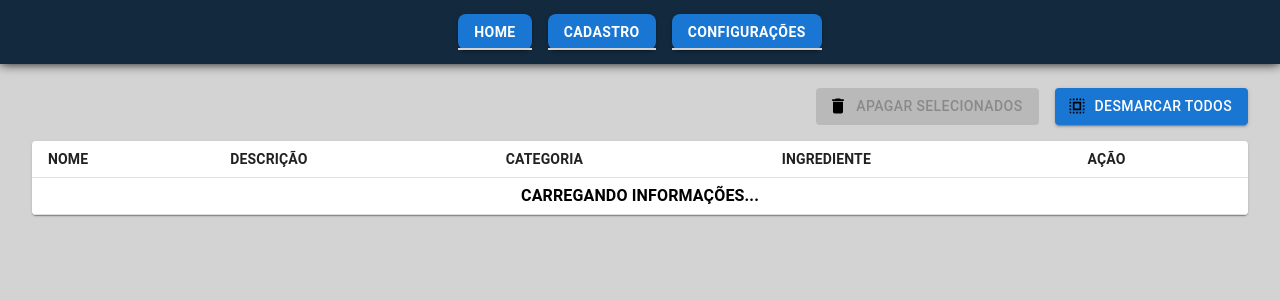
Repository: oZanella/projeto_windel_web_CRM
Page: /
These files come from the project's save history. The page is drawn as it stood at one moment and after the next save; the edit follows.
The browser window is 1280 px wide. The pictures show the whole page.
The page's requests for data from a server got no answer. The project was rebuilt for these pictures with package versions that can differ from the ones it lists, and the page was loaded fresh each time. No one was signed in, and anything a server would have sent is missing. Also part of the build but not shown: vite.config.js, src/routes/Configuracoes.jsx. Imported but missing from the stored project, and not drawn on this page: src/routes/Cadastro.jsx.

Above is the page before, as saved 2024-08-19 10:28:17.

### index.html
<!doctype html>
<html lang="en">

<head>
  <meta charset="UTF-8" />
  <link rel="icon" type="image/svg+xml" href="./src/image/LogoWindel.svg" />
  <link rel="stylesheet" href="src/style/GlobalStyles.css" />
  <link href="https://fonts.googleapis.com/css2?family=Playfair+Display&display=swap" rel="stylesheet">

  <meta name="viewport" content="width=device-width, initial-scale=1.0" />
  <title>Projeto Teste - CRM </title>
</head>

<body>
  <div id="root"></div>
  <script type="module" src="/src/main.jsx"></script>
</body>

</html>

### src/style/GlobalStyles.css
:root {
  --click: #7fa8c4;
  --primary: #E8F1F2;
  --darkblue: #13293D;
  --secondary: #000000;
  --ligthblue: #1b98e0;
  --animation: #006494;
  --ligthkgrey: #D3D3D3;
  --blueceledron: #247ba0;
  --delete: #FF0000;
}

* {
    color: var(--secondary);
}

body {
  background-color: var(--ligthkgrey);
}

### src/main.jsx
import { createBrowserRouter, RouterProvider, Navigate } from "react-router-dom"
import { createRoot } from 'react-dom/client'
import { StrictMode } from 'react'
import { App } from './App.jsx'

import './style/GlobalStyles.css'

//páginas do projeto
import { Cadastro } from './routes/Cadastro.jsx'
import { Home } from './routes/Home.jsx'
import { Configuracoes } from './routes/configuracoes.jsx'

const router = createBrowserRouter([
  {
    element: <App />,
    children: [
      {
        path: '/',
        element: <Navigate to="/home" replace />,
      },
      {
        path: '/home',
        element: <Home />,
      },
      {
        path: '/cadastro',
        element: <Cadastro />,
      },
      {
        path: '/configuracoes',
        element: <Configuracoes />,
      },
    ],
  },
])

createRoot(document.getElementById('root')).render(
  <StrictMode>
    <RouterProvider router={router} />
  </StrictMode>,
)

### src/App.jsx
import { Header } from './components/Header'
import { Outlet } from 'react-router-dom'
import { Box } from '@mui/material'
import './style/GlobalStyles.css'

export function App() {
  return (
    <Box sx={{ p: { xs: 2, sm: 3 }, marginTop: { xs: 8, sm: 8 } }}>
      <Header />
      <Box>
        <Outlet />
      </Box>
    </Box>
  );
}

### src/routes/Home.jsx
import React, { useEffect, useState } from 'react';
import { Box, TextField, Button, Dialog, DialogActions, DialogContent, DialogTitle, Select, MenuItem, FormControl, InputLabel } from '@mui/material';

import { handleShowDetails, handleEdit, handleSave, handleInputChange } from '../components/Handle';
import { CardDados } from '../components/TableHome';

import { blogFetch } from '../axios/config';


export const Home = () => {
  const [posts, setPosts] = useState([]);
  const [selectInfo, setSelectInfo] = useState(null);
  const [modeEdit, setModeEdit] = useState(null);
  const [dataEdit, setDataEdit] = useState({});
  const [openAddDialog, setOpenAddDialog] = useState(false);
  const [newPost, setNewPost] = useState({ name: '', description: '', category: '' });

  const getPosts = async () => {
    try {
      const response = await blogFetch.get("/recipe");
      const uniqueData = response.data.filter((value, index, self) =>
        index === self.findIndex((t) => t.id === value.id)
      );
      setPosts(uniqueData); // Garante que não tenha dados duplicados
    } catch (error) {
      console.log(error);
    }
  };

  useEffect(() => {
    getPosts();
  }, []);

  const handleDelete = async (postId) => {
    try {
      await blogFetch.delete(`/recipe/${postId}`);
      setPosts(posts.filter(post => post.id !== postId));
      console.log('Post deletado com sucesso');
    } catch (error) {
      console.error('Erro ao deletar o post', error);
    }
  };

  const handleAddOpen = () => setOpenAddDialog(true);
  const handleAddClose = () => setOpenAddDialog(false);

  {/* API para envio do novo registro*/ }
  const handleAdd = async () => {
    try {
      const newPostFormatted = {
        name: newPost.name,
        description: newPost.description,
        ingredients: [],
        category: newPost.category,
        isFavorite: newPost.isFavorite
      };

      const response = await blogFetch.post("/recipe", newPostFormatted);
      setPosts([...posts, response.data]);
      setNewPost({ name: '', description: '', category: '', isFavorite: false });
      handleAddClose();
      console.log('Post adicionado com sucesso');
    } catch (error) {
      console.error('Erro ao adicionar o post', error);
    }
  };

  return (
    <Box>
      {/* Dados para Adicionar Novo Registro */}
      <Dialog open={openAddDialog} onClose={handleAddClose}>
        <DialogTitle>Adicionar Novo Registro</DialogTitle>
        <DialogContent>
          <TextField
            name="name"
            label="Nome"
            value={newPost.name}
            onChange={(e) => setNewPost({ ...newPost, name: e.target.value })}
            fullWidth
            sx={{ marginBottom: 2 }}
          />
          <TextField
            name="description"
            label="Descrição"
            value={newPost.description}
            onChange={(e) => setNewPost({ ...newPost, description: e.target.value })}
            fullWidth
            sx={{ marginBottom: 2 }}
          />
          <TextField
            name="category"
            label="Categoria"
            value={newPost.category}
            onChange={(e) => setNewPost({ ...newPost, category: e.target.value })}
            fullWidth
            sx={{ marginBottom: 2 }}
          />
          <FormControl fullWidth sx={{ marginBottom: 2 }}>
            <InputLabel>Favorito</InputLabel>
            <Select
              name="isFavorite"
              value={newPost.isFavorite}
              onChange={(e) => setNewPost({ ...newPost, isFavorite: e.target.value })}
              label="Favorito"
            >
              <MenuItem value={true}>Sim</MenuItem>
              <MenuItem value={false}>Não</MenuItem>

            </Select>
          </FormControl>
        </DialogContent>
        <DialogActions>
          <Button onClick={handleAddClose}>Cancelar</Button>
          <Button onClick={handleAdd}>Adicionar</Button>
        </DialogActions>
      </Dialog>

      <CardDados
        posts={posts}
        handleDelete={handleDelete}
        handleEdit={handleEdit}
        handleSave={handleSave}
        modeEdit={modeEdit}
        setModeEdit={setModeEdit}
        dataEdit={dataEdit}
        setDataEdit={setDataEdit}
        handleInputChange={handleInputChange}
        selectInfo={selectInfo}
        setSelectInfo={setSelectInfo}
        handleShowDetails={handleShowDetails}
      />
    </Box>
  );
};

### src/components/Header.jsx
import { AppBar, Toolbar, Typography, Box, Button, IconButton } from '@mui/material';
import Logo from '../image/LogoWindel.svg';
import { Link } from 'react-router-dom';
import React from 'react';

export const Header = () => {
  return (

    // Header fundo 1 //
    <AppBar
      position="fixed"
      sx={{
        width: '100%',
        boxShadow: '0px 0.01px 11px var(--secondary)',
        top: 0,
        left: 0,
      }}
    >

      {/* Header fundo 2 */}
      <Toolbar
        sx={{
          display: 'flex',
          alignItems: 'center',
          padding: { xs: '0px', sm: '0px' },
          justifyContent: 'space-between',
          height: '64px',
          minHeight: '64px',
          backgroundColor: 'var(--darkblue)',
          boxSizing: 'border-box',
        }}
      >

        {/* Botões */}
        <Box
          sx={{
            gap: 2,
            display: 'flex',
            alignItems: 'center',
            flexGrow: { xs: 1, sm: 1 },
            justifyContent: { xs: 'center', sm: 'center' },
            '& .MuiButton-root': {
              backgroundColor: 'ligthkgrey',
              borderRadius: '8px',
              fontWeight: 'bold',
              textTransform: 'uppercase',
              transition: 'background-color 0.4s, transform 0.4s',
              border: 'none',

              // Animação
              '&:hover': {
                transform: 'scale(1.06)',
                border: '1px',
              },
              '&::after': {
                content: '""',
                position: 'absolute',
                left: 0,
                bottom: 0,
                width: '100%',
                height: '2px',
                backgroundColor: 'var(--ligthkgrey)',
                transition: 'width 0.4s',
              },
            },
          }}
        >
          <Button variant="contained" component={Link} to={`/home`}>Home</Button>
          <Button variant="contained" component={Link} to={`/cadastro`}>Cadastro</Button>
          <Button variant="contained" component={Link} to={`/configuracoes`}>Configurações</Button>
        </Box>
      </Toolbar>
    </AppBar>
  );
};

### src/components/Handle.jsx

import { blogFetch } from '../axios/config';


export const handleShowDetails = (post, setSelectInfo, selectInfo) => {
  if (selectInfo?.id === post.id) {
    setSelectInfo(null); // Fecha se já estiver aberto
  } else {
    setSelectInfo(post); // Abre o post atual
  }
};

export const handleEdit = (post, setModeEdit, setDataEdit) => {
  setModeEdit(post.id);
  setDataEdit(post);
};

//continua com erro, verificar!!
export const handleSave = async (postId, updateData) => {
  try {
    // Envie uma requisição PUT ou POST para salvar os dados atualizados
    const response = await blogFetch.put(`/blogFetch/posts/${postId}`, updateData);
    console.log('Dados salvos com sucesso', response.data);

  } catch (error) {
    console.error('Erro de API', error);
  }
};

export const handleInputChange = (e, setDataEdit) => {
  setDataEdit(prevDataEdit => ({ ...prevDataEdit, [e.target.name]: e.target.value }));
};

### src/components/TableHome.jsx
import React, { useState, useEffect } from 'react';
import {
  Table, TableBody, TableCell, TableContainer, TableHead, TableRow, Typography, Box, Button, IconButton, TextField, Dialog, DialogContent, DialogActions, FormControlLabel, Switch, Chip, Paper, Checkbox
} from '@mui/material';
import EditIcon from '@mui/icons-material/Edit';
import SaveIcon from '@mui/icons-material/Save';
import AddIcon from '@mui/icons-material/Add';
import CloseIcon from '@mui/icons-material/Close';
import DeleteIcon from '@mui/icons-material/Delete';
import SelectAllIcon from '@mui/icons-material/SelectAll';
import axios from 'axios';

const API_BASE_URL = 'https://teste-tecnico-front-api.up.railway.app';

export const CardDados = ({
  posts, setPosts, handleDelete
}) => {
  const [openModal, setOpenModal] = useState(false);
  const [currentPost, setCurrentPost] = useState(null);
  const [dataEdit, setDataEdit] = useState({});
  const [newIngredient, setNewIngredient] = useState('');
  const [selectedPosts, setSelectedPosts] = useState([]);

  useEffect(() => {
    if (currentPost) {
      setDataEdit({ ...currentPost });
    }
  }, [currentPost]);

  const handleEditOpen = (post) => {
    setCurrentPost(post);
    setOpenModal(true);
  };

  const handleEditClose = () => {
    setOpenModal(false);
    setCurrentPost(null);
    setNewIngredient('');
  };

  const handleSaveModal = async () => {
    if (currentPost) {
      try {
        await axios.put(`${API_BASE_URL}/posts/${currentPost.id}`, dataEdit);
        const response = await axios.get(`${API_BASE_URL}/posts`);
        setPosts(response.data);
        handleEditClose();
      } catch (error) {
        console.error('Error ao salvar:', error);
      }
    }
  };

  const handleAddIngredient = () => {
    if (newIngredient.trim() !== '') {
      setDataEdit((prevData) => ({
        ...prevData,
        ingredients: [...(prevData.ingredients || []), newIngredient.trim()],
      }));
      setNewIngredient('');
    }
  };

  const handleRemoveIngredient = (ingredientToRemove) => {
    setDataEdit((prevData) => ({
      ...prevData,
      ingredients: (prevData.ingredients || []).filter((ingredient) => ingredient !== ingredientToRemove),
    }));
  };

  const handleSelectAll = () => {
    if (selectedPosts.length === posts.length) {
      setSelectedPosts([]); // Deselect all
    } else {
      setSelectedPosts(posts.map(post => post.id)); // Select all
    }
  };

  const handleDeleteSelected = async () => {
    try {
      await Promise.all(selectedPosts.map(id => axios.delete(`${API_BASE_URL}/posts/${id}`)));
      const response = await axios.get(`${API_BASE_URL}/posts`);
      setPosts(response.data);
      setSelectedPosts([]);
    } catch (error) {
      console.error('Error ao apagar os registros:', error);
    }
  };

  const handleSelectPost = (id) => {
    setSelectedPosts(prevSelected =>
      prevSelected.includes(id)
        ? prevSelected.filter(postId => postId !== id)
        : [...prevSelected, id]
    );
  };

  return (
    <>
      <Box sx={{ display: 'flex', justifyContent: 'flex-end', mb: 2 }}>
        <Button
          variant="contained"
          color="error"
          startIcon={<DeleteIcon />}
          onClick={handleDeleteSelected}
          disabled={selectedPosts.length === 0}
          sx={{ marginRight: 2 }}
        >
          Apagar Selecionados
        </Button>
        <Button
          variant="contained"
          color="primary"
          startIcon={<SelectAllIcon />}
          onClick={handleSelectAll}
        >
          {selectedPosts.length === posts.length ? 'Desmarcar Todos' : 'Selecionar Todos'}
        </Button>
      </Box>

      {/* Tabela aonde aparece os dados */}
      <TableContainer component={Paper} sx={{ overflowX: 'auto' }}>
        <Table size='small'>
          <TableHead>
            <TableRow>
              <TableCell sx={{ fontWeight: 'bold', textTransform: 'uppercase' }}>Nome</TableCell>
              <TableCell sx={{ fontWeight: 'bold', textTransform: 'uppercase' }}>Descrição</TableCell>
              <TableCell sx={{ fontWeight: 'bold', textTransform: 'uppercase' }}>Categoria</TableCell>
              <TableCell sx={{ fontWeight: 'bold', textTransform: 'uppercase' }}>Ingrediente</TableCell>
              <TableCell sx={{ fontWeight: 'bold', textTransform: 'uppercase' }}>Ação</TableCell>
            </TableRow>
          </TableHead>
          <TableBody>
            {posts.length === 0 ? (
              <TableRow>
                <TableCell colSpan={5} align="center">
                  <Typography variant="body1" sx={{ fontWeight: 'bold', textTransform: 'uppercase' }}>Carregando informações...</Typography>
                </TableCell>
              </TableRow>
            ) : (
              posts.map((post) => (
                <TableRow sx={{ height: 'auto' }} key={post.id}>
                  <TableCell sx={{ padding: '8px' }}>
                    {post.name}
                  </TableCell>
                  <TableCell sx={{ padding: '8px' }}>{post.description}</TableCell>
                  <TableCell sx={{ padding: '8px' }}>{post.category}</TableCell>

                  <TableCell sx={{ padding: '8px' }}>
                    <Box sx={{
                      display: 'flex',
                      flexWrap: 'wrap',
                      overflowX: 'auto',
                      gap: 1,
                      width: '100%',
                    }}>
                      {post.ingredients && post.ingredients.length > 0 ? (
                        post.ingredients.map((ingredient) => (
                          <Box
                            key={ingredient.id}
                            sx={{
                              display: 'flex',
                              flexDirection: 'column',
                              alignItems: 'flex-start',
                              marginRight: 1,
                              marginBottom: 1,
                            }}
                          >
                            <Typography variant="body1">{ingredient.name}</Typography>
                            <Typography variant="body2" color="textSecondary">
                              Quantidade: {ingredient.quantity}
                            </Typography>
                          </Box>
                        ))
                      ) : (
                        <Typography variant="body2">Nenhum ingrediente disponível</Typography>
                      )}
                    </Box>
                  </TableCell>

                  <TableCell>
                    <Box sx={{ display: 'flex', alignItems: 'center' }}>
                      <Checkbox
                        checked={selectedPosts.includes(post.id)}
                        onChange={() => handleSelectPost(post.id)}
                        color="primary"
                      />
                      <IconButton
                        color="primary"
                        onClick={() => handleEditOpen(post)}
                        sx={{ mr: 1 }}
                      >
                        <EditIcon />
                      </IconButton>
                      <IconButton
                        color="error"
                        onClick={() => handleDelete(post.id)}
                      >
                        <DeleteIcon />
                      </IconButton>
                    </Box>
                  </TableCell>
                </TableRow>
              ))
            )}
          </TableBody>
        </Table>
      </TableContainer>

      {/* Modal de edição */}
      <Dialog open={openModal} onClose={handleEditClose} fullWidth maxWidth="sm">
        <DialogContent>
          {currentPost && (
            <Box component="form" sx={{ display: 'flex', flexDirection: 'column', gap: 2 }}>
              <TextField
                name="name"
                label="Nome"
                value={dataEdit.name || ''}
                onChange={(e) => setDataEdit({ ...dataEdit, name: e.target.value })}
                fullWidth
                sx={{ marginBottom: 2 }}
              />
              <TextField
                name="description"
                label="Descrição"
                value={dataEdit.description || ''}
                onChange={(e) => setDataEdit({ ...dataEdit, description: e.target.value })}
                fullWidth
                sx={{ marginBottom: 2 }}
              />
              <TextField
                name="category"
                label="Categoria"
                value={dataEdit.category || ''}
                onChange={(e) => setDataEdit({ ...dataEdit, category: e.target.value })}
                fullWidth
                sx={{ marginBottom: 2 }}
              />
              <FormControlLabel
                control={
                  <Switch
                    checked={dataEdit.isFavorite || false}
                    onChange={(e) => setDataEdit({ ...dataEdit, isFavorite: e.target.checked })}
                    name="isFavorite"
                    color="primary"
                  />
                }
                label="Favorito"
                sx={{ marginTop: 1 }}
              />
              <Box sx={{ marginTop: 2 }}>
                <Typography variant="h6" sx={{ mb: 1 }}>Ingredientes</Typography>
                {dataEdit.ingredients && dataEdit.ingredients.map((ingredient, index) => (
                  <Chip
                    key={index}
                    label={`${ingredient.name} (${ingredient.quantity})`}
                    onDelete={() => handleRemoveIngredient(ingredient)}
                    sx={{ marginRight: 1, marginBottom: 1 }}
                    deleteIcon={<CloseIcon />}
                  />
                ))}
                <Box sx={{ display: 'flex', alignItems: 'center', mt: 2 }}>
                  <TextField
                    value={newIngredient}
                    onChange={(e) => setNewIngredient(e.target.value)}
                    label="Novo ingrediente"
                    variant="outlined"
                    size="small"
                    sx={{ marginRight: 1 }}
                  />
                  <Button
                    variant="contained"
                    color="primary"
                    onClick={handleAddIngredient}
                    startIcon={<AddIcon />}
                  >
                    Adicionar
                  </Button>
                </Box>
              </Box>
            </Box>
          )}
        </DialogContent>
        <DialogActions>
          <Button onClick={handleEditClose} color="inherit">
            Cancelar
          </Button>
          <Button
            onClick={handleSaveModal}
            color="primary"
            variant="contained"
            startIcon={<SaveIcon />}
          >
            Salvar
          </Button>
        </DialogActions>
      </Dialog>
    </>
  );
};

### src/axios/config.jsx
// src/axios/config.js
import axios from 'axios';

export const blogFetch = axios.create({
  baseURL: 'https://teste-tecnico-front-api.up.railway.app',
  headers: {
    'Content-Type': 'application/json',
  },
});

After the next save:
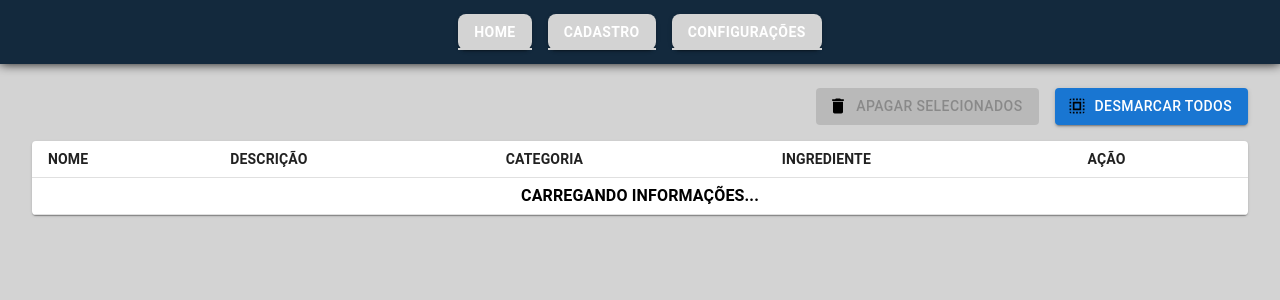
Saved 8 s later.
--- a/src/components/Header.jsx
+++ b/src/components/Header.jsx
@@ -40,7 +40,7 @@
             flexGrow: { xs: 1, sm: 1 },
             justifyContent: { xs: 'center', sm: 'center' },
             '& .MuiButton-root': {
-              backgroundColor: 'ligthkgrey',
+              backgroundColor: 'var(--ligthkgrey)',
               borderRadius: '8px',
               fontWeight: 'bold',
               textTransform: 'uppercase',

After the 2 saves that followed:
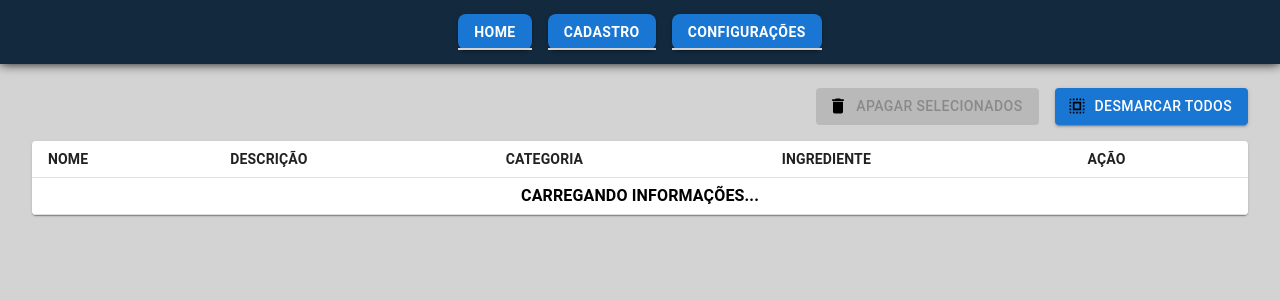
The 2 saves are shown as one change because they came seconds apart.
The last was saved 7 s later.
--- a/src/components/Header.jsx
+++ b/src/components/Header.jsx
@@ -40,7 +40,7 @@
             flexGrow: { xs: 1, sm: 1 },
             justifyContent: { xs: 'center', sm: 'center' },
             '& .MuiButton-root': {
-              backgroundColor: 'var(--ligthkgrey)',
+              backgroundColor: 'ligthkgrey',
               borderRadius: '8px',
               fontWeight: 'bold',
               textTransform: 'uppercase',
